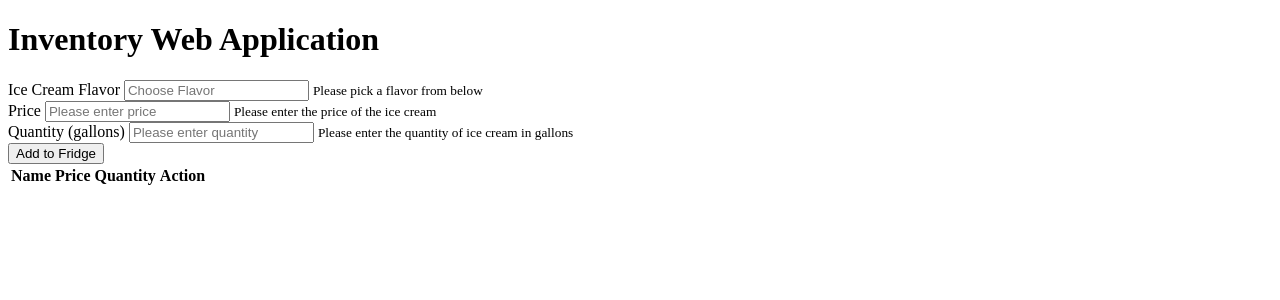
Repository: addisjackson/inventory-web-application
Page: index.html
These files come from the project's save history. The page is drawn as it stood at one moment and after a run of saves; the edit follows.
The browser window is 1280 px wide. The pictures show the whole page.

Above is the page before, as saved 2023-06-27 03:23:45.

### index.html
<!DOCTYPE html>
<html lang="en">
<head>
    <meta charset="UTF-8">
    <meta name="viewport" content="width=, initial-scale=1.0">
    <meta http-equiv="X-UA-Compatible" content="ie=edge">
    <title>Inventory Web Application</title>
    <link rel="stylesheet" href="./style.css">

</head>
<body>
    <script defer src="./index.js"></script>
    <div class="container">
        <div class="header">
            <h1>Inventory Web Application</h1>
        </div>
        <div class="content">
            <div class="form">
                <form name="inventory" id="form">
                    <table>
                        <tr>
                            <tyd
                        </tr>
                    </table>
                    <div class="form-control">
                        <label for="iceCreamNames">Ice Cream Flavor</label>
                        <input list="ice-cream-flavors" id="iceCreamNames" name="iceCreamNames" placeholder="Choose Flavor" onchange="if (this.value=='10000'){userselect.style.visibility='visible'}else {userselect.style.visibility='hidden'};">
                        <small>Please pick a flavor from below</small>
                        <datalist id="ice-cream-flavors">
                            <option value="Vanilla"></option>
                            <option value="Chocolate"></option>
                            <option value="Strawberry"></option>
                            <option value="Cookies and Cream"></option>
                            <option value="Cookie Dough"></option>
                            <option value="Butter Pecan"></option>
                            <option value="Birthday Cake"></option>
                            <option value="Rocky Road"></option>
                            <option value="Coffee"></option>
                            <option value="Pistachio"></option>
                            <option value="Chocolate Chip"></option>
                            <option value="Chocolate Chip Cookie Dough"></option>
                            <option value="Chocolate Peanut Butter"></option>
                            <option value="Chocolate Marshmallow"></option>
                            <option value="Chocolate Chip Mint"></option>
                            <option value="Chocolate Fudge Brownie"></option>
                            <option value="10000">Flavor not listed</option>
                        </datalist>
                        <input type="textbox" name="10000" id="input" style="visibility:hidden;">
                    </div>
                    <div class="form-control">
                        <label for="price">Price</label>
                        <input type="number" id="price" name="price" placeholder="Please enter price" required>
                        <small>Please enter the price of the ice cream</small>
                    </div>
                    <div class="form-control">
                        <label for="quantity">Quantity (gallons)</label>
                        <input type="number" id="quantity" name="quantity" placeholder="Please enter quantity" required>
                        <small>Please enter the quantity of ice cream in gallons</small>
                    </div>
                    <button type="submit">Add to Fridge</button>
                </form>

            </div>
            <div class="table">
                <table id="table">
                    <thead>
                        <tr>
                            <th>Name</th>
                            <th>Price</th>
                            <th>Quantity</th>
                            <th>Action</th>
                        </tr>
                    </thead>
                    <tbody id="tbody">
                    </tbody>
                </table>
            </div>
        </div>
    </div>

Loaded but not shown: style.css (no copy from this time; the picture is the same without it); index.js (no stored copy; drawn as an empty file)

After the next 3 saves:
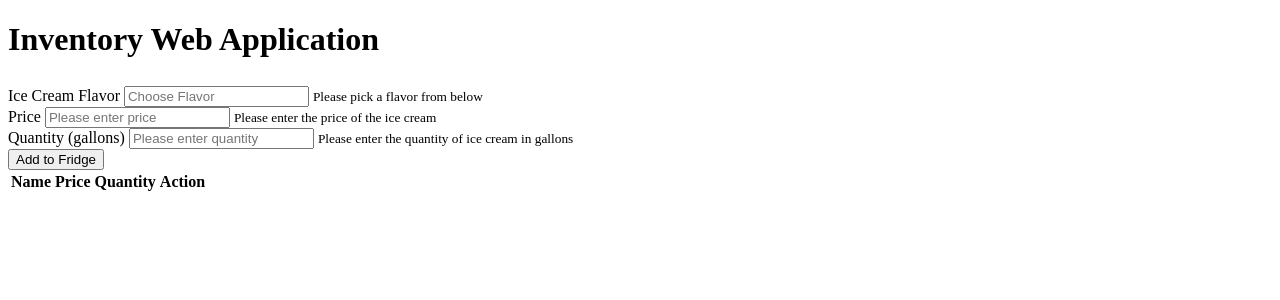
The 3 saves are shown as one change because they came seconds apart.
The last was saved 10 s later.
--- a/index.html
+++ b/index.html
@@ -19,7 +19,7 @@
                 <form name="inventory" id="form">
                     <table>
                         <tr>
-                            <tyd
+                            <td></td>
                         </tr>
                     </table>
                     <div class="form-control">
